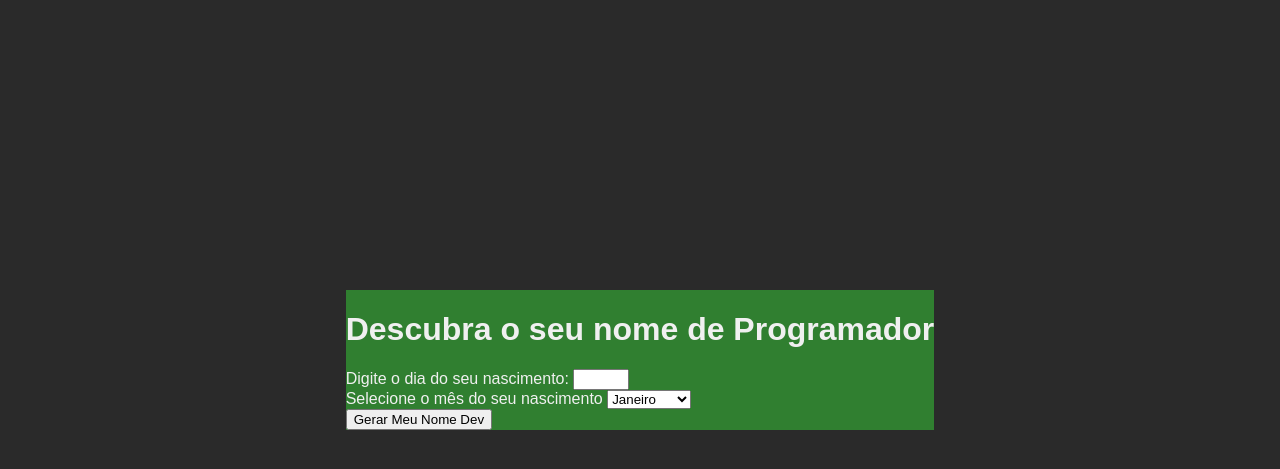
Repository: analessp/seu-nome-dev
Page: index.html
These files come from the project's save history. The page is drawn as it stood at one moment and after a run of saves; the edit follows.
The browser window is 1280 px wide. The pictures show the whole page.

Above is the page before, as saved 2025-05-13 10:47:21.

After the next 2 saves:
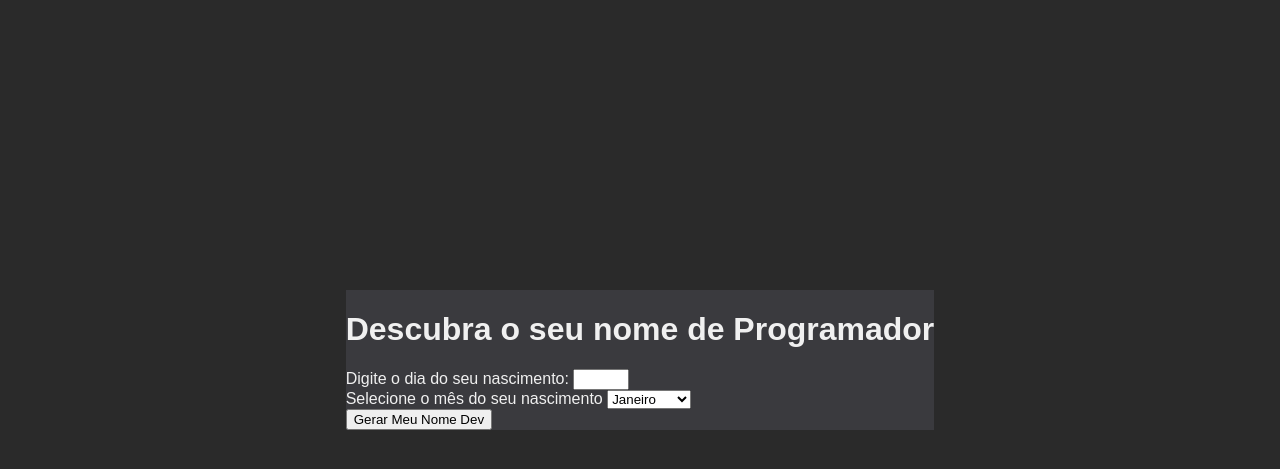
The 2 saves are shown as one change because they came seconds apart.
The last was saved 7 s later.
--- a/styles.css
+++ b/styles.css
@@ -10,5 +10,6 @@ body {
 }
 
 .container {
-    background-color: #3a3a;
+    background-color: #3a3a3e;
+
 }
